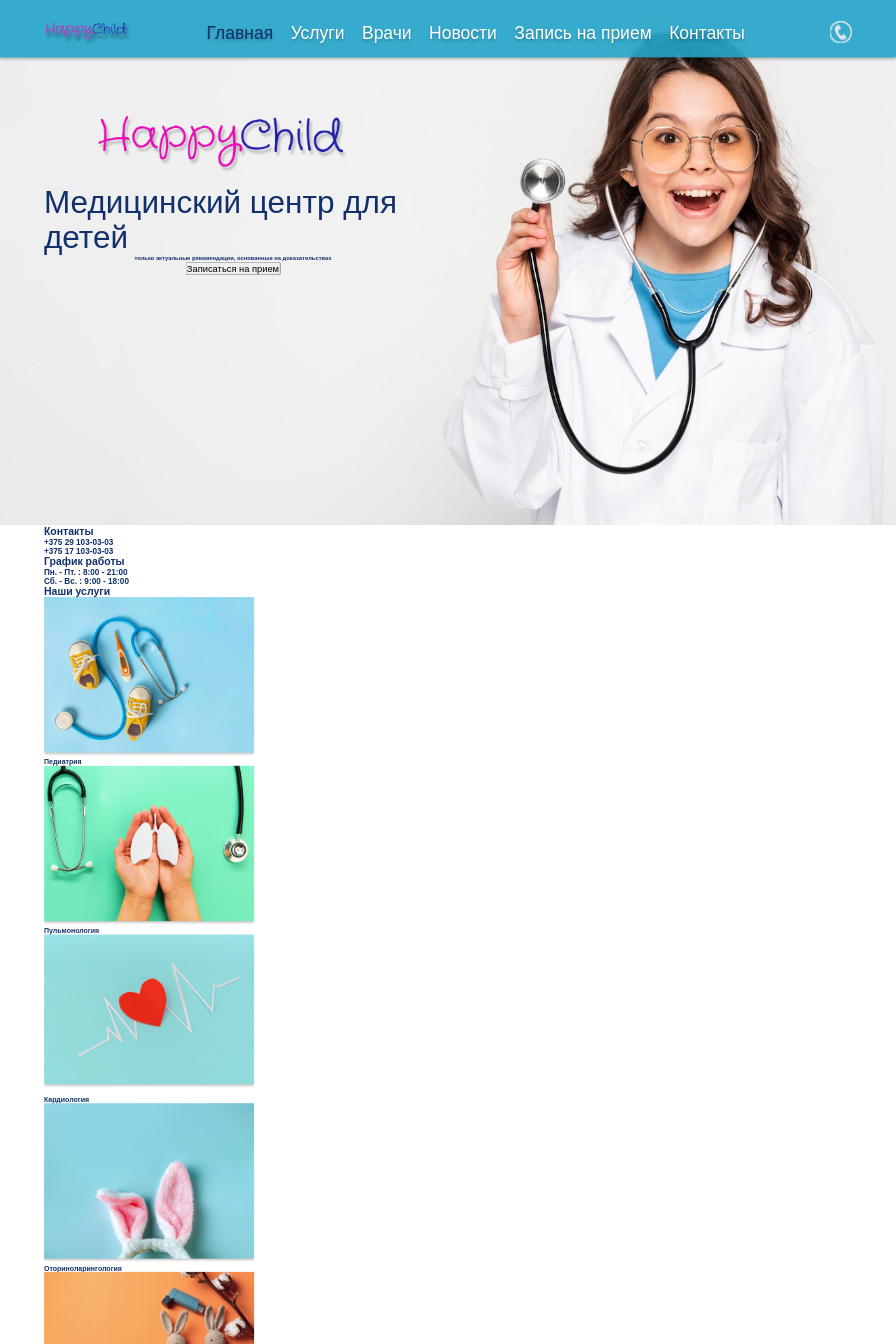
Repository: Normandy72/Landing-Page-Happy-Child
Page: index.html
An editor plug-in stored every save of this project. The page is shown before and after the next save, followed by the edit.
The browser window is 1280 px wide. The pictures show the part of the page from y = 0 to 1920 px (the page is 7728 px tall before and 8201 px after), at 70% of full size.
Some web fonts or font styles are not loaded; a fallback is used.

Above is the page before, as saved 2022-11-11 23:07:41.
Not found: styles/doctors_card.css
Not found: styles/news_card.css
Not found: styles/services_card.css

### index.html
<!DOCTYPE html>
<html lang="en">
<head>
    <meta charset="UTF-8">
    <meta http-equiv="X-UA-Compatible" content="IE=edge">
    <meta name="viewport" content="width=device-width, initial-scale=1.0">
    <link href="https://fonts.googleapis.com/css2?family=Neucha&display=swap" rel="stylesheet">
    <link rel="icon" href="resources/icon/stethoscope.ico" sizes="16x16">
    <link rel="icon" href="resources/icon/stethoscope.ico" sizes="32x32">
    <link rel="icon" href="resources/icon/stethoscope.ico" sizes="64x64">
    <link rel="stylesheet" href="styles/main.css">
    <title>Happy Child</title>
</head>

<body>
    <header>
        <div class="wrapper layout-3-columns">
            <a href="#">
                <div class="header__logo"></div>
            </a>
            <nav class="header__navigation">
                <a class = "navigation__link selected_link" href="#">Главная</a>
                <a class = "navigation__link" href="#">Услуги</a>
                <a class = "navigation__link" href="#">Врачи</a>
                <a class = "navigation__link" href="#">Новости</a>
                <a class = "navigation__link" href="#">Запись на прием</a>
                <a class = "navigation__link" href="#">Контакты</a>
            </nav>
            <a href="tel: +375291030303">
                <div class="header__phone"></div>
            </a>
        </div>
    </header>

    <main>
        <section class="section__main">
            <div class="wrapper">
                <div class="main__text">
                    <div class="main__logo"></div>
                    <h1>Медицинский центр для детей</h1>
                    <h5>только актуальные рекомендации, основанные на доказательствах</h5>
                    <button class="button button_accented">Записаться на прием</button>
                </div>
            </div>
        </section>

        <section class="section__information wrapper">
            <div class="information__block block__phone">
                <div class="block__icon"></div>
                <h2 class="heading_light">Контакты</h2>
                <h3>+375 29 103-03-03</h3>
                <h3>+375 17 103-03-03</h3>
            </div>
            <div class="information__block block__shedule">
                <div class="block__icon"></div>
                <h2 class="heading_light">График работы</h2>
                <h3>Пн. - Пт. :    8:00 - 21:00</h3>
                <h3>Сб. - Вс. :    9:00 - 18:00</h3>
            </div>
        </section>

        <section>
            <div class="section__lines">
                <div></div>
                <div></div>
                <div></div>
                <div></div>
            </div>
            <div class="wrapper section__services">
                <h2 class="heading_dark">Наши услуги</h2>
                <div class="services__card">
                    <img src="resources/img/services/pediatria.png" alt="pediatria">
                    <h4>Педиатрия</h4>
                </div>

                <div class="services__card">
                    <img src="resources/img/services/pulmo.png" alt="pulmo">
                    <h4>Пульмонология</h4>
                </div>

                <div class="services__card">
                    <img src="resources/img/services/cardio.png" alt="cardio">
                    <h4>Кардиология</h4>
                </div>

                <div class="services__card">
                    <img src="resources/img/services/lor.png" alt="lor">
                    <h4>Оториноларингология</h4>
                </div>

                <div class="services__card">
                    <img src="resources/img/services/allergo.png" alt="allergo">
                    <h4>Аллергология</h4>
                </div>

                <div class="services__card">
                    <img src="resources/img/services/surgery.png" alt="surgery">
                    <h4>Хирургия</h4>
                </div>

                <div class="services__card">
                    <img src="resources/img/services/neuro.png" alt="neuro">
                    <h4>Неврология</h4>
                </div>

                <div class="services__card">
                    <img src="resources/img/services/endocryn.png" alt="endocryn">
                    <h4>Эндокринология</h4>
                </div>

                <div class="services__card">
                    <img src="resources/img/services/ophtalm.png" alt="ophtalm">
                    <h4>Офтальмология</h4>
                </div>

                <div class="services__card">
                    <img src="resources/img/services/vaccination.png" alt="vaccination">
                    <h4>Вакцинация</h4>
                </div>

                <div class="services__card">
                    <img src="resources/img/services/usd.png" alt="usd">
                    <h4>УЗ-диагностика</h4>
                </div>

                <div class="services__card">
                    <img src="resources/img/services/stayhome.png" alt="stayhome">
                    <h4>Вызов врача на дом</h4>
                </div>
            </div>
        </section>

        <section class="section__addition">
            <div class="wrapper addition__info">
                <div class="addition__text">
                    <h2 class="heading_light">Записаться на прием онлайн</h2>
                    <h5>Записаться на приём можно в любое время суток и без выходных</h5>
                </div>
                <button class="button button_standart">Записаться онлайн</button>
            </div>
        </section>

        <section class="wrapper section__chief">
            <div class="chief__foto"></div>
            <div class="chief__text">
                <div class="text__lines">
                    <div class="lines__line"></div>
                    <p>“</p>
                    <div class="lines__line"></div>
                </div>
                <h5>Счастливый ребенок – это, прежде всего, ребенок здоровый, и только потом уже читающий
                и играющий на скрипке.</h5>
                <div class="text__lines">
                    <div class="lines__line"></div>
                    <p>”</p>
                    <div class="lines__line"></div>
                </div>
                <h5>Главный врач клиники</h5>
                <div class="chief__logo"></div>
                <h5>Самуилова Инна Абрамовна</h5>
            </div>
        </section>

        <section class="wrapper section__doctors">
            <h2 class="heading_dark">Познакомьтесь с нашими специалистами</h2>
            <p>Мы гордимся тем, что являемся медицинским центром, где Ваши дети на первом месте!
                В кратчайшие сроки мы предоставляем медицинскую помощь высочайшего качества и индивидуальное лечение ведущими специалистами страны. </p>
            <div class="doctors__arrays">
                <div></div>
                <div></div>
            </div>
            <div class="doctors__cards">
                <div class="doctors__card">
                    <img src="resources/img/doctors/ivanov1.png" alt="ivanov1">
                    <h5>Иванов Илья Денисович</h5>
                    <h6>Врач-оториноларинголог</h6>
                </div>

                <div class="doctors__card">
                    <img src="resources/img/doctors/stanina1.png" alt="stanina1">
                    <h5>Станина Александра Ивановна</h5>
                    <h6>Врач-офтальмолог</h6>
                </div>

                <div class="doctors__card">
                    <img src="resources/img/doctors/tkachenko1.png" alt="tkachenko1">
                    <h5>Ткаченко Антонина Львовна</h5>
                    <h6>Врач-невролог</h6>
                </div>

                <div class="doctors__card">
                    <img src="resources/img/doctors/savenko1.png" alt="savenko1">
                    <h5>Савенко Алина Викторовна</h5>
                    <h6>Врач-педиатр</h6>
                </div>

                <div class="doctors__card">
                    <img src="resources/img/doctors/krotov1.png" alt="krotov1">
                    <h5>Кротов Алексей Геннадьевич</h5>
                    <h6>Врач-хирург</h6>
                </div>

                <div class="doctors__card">
                    <img src="resources/img/doctors/karpovich1.png" alt="karpovich1">
                    <h5>Карпович Анна Игоревна</h5>
                    <h6>Врач-кардиолог</h6>
                </div>

                <div class="doctors__card">
                    <img src="resources/img/doctors/akulich1.png" alt="akulich1">
                    <h5>Акулич Олег Васильевич</h5>
                    <h6>Врач-эндокринолог</h6>
                </div>

                <div class="doctors__card">
                    <img src="resources/img/doctors/astapenko1.png" alt="astapenko1">
                    <h5>Астапенко Ирина Эдуардовна</h5>
                    <h6>Врач УЗ-диагностики</h6>
                </div>
            </div>
        </section>

        <section>
            <div class="section__lines">
                <div></div>
                <div></div>
                <div></div>
            </div>
            <div class="wrapper section__news">
                <h2 class="heading_dark">Новости</h2>
                <div class="news_card">
                    <img src="resources/img/news/news1.png" alt="news1">
                    <h4>25. 07. 2022   15 : 00</h4>
                    <h3>Всемирный день здоровья полости рта</h3>
                    <h5>Взрослея, организм ребенка испытывает множество изменений. В честь Всемирного дня здоровья полости рта наши стоматологи расскажут родителям и детям, как заботиться о зубах и деснах в разных возрастных периодах, какие средства использовать, чтобы смена молочных зубов прошла легко и безболезненно, и еще много-много полезного!</h5>
                    <a href="#">Подробнее...</a>
                </div>

                <div class="news_card">
                    <img src="resources/img/news/news2.png" alt="news1">
                    <h4>27. 07. 2022   13 : 30</h4>
                    <h3>Европейская неделя иммунизации</h3>
                    <h5>Знаете ли Вы, что иммунизация является единственным и надежным способом борьбы с эпидемиологическими заболеваниями, такими как корь, полиомиелит, эпидемический паротит и др.? В рамках Европейской недели иммунизации врач-педиатр Савенко Алина Викторовна познакомит Вас с текущим календарем профилактических прививок и ответит на все волнующие Вас вопросы! </h5>
                    <a href="#">Подробнее...</a>
                </div>

                <div class="news_card">
                    <img src="resources/img/news/news3.png" alt="news1">
                    <h4>28. 07. 2022    16 : 00</h4>
                    <h3>Международный день офтальмологии</h3>
                    <h5>Ухудшение зрения может лишить человека возможности заниматься любимым делом. Хорошо, что современная офтальмология обладает широкими возможностями для лечения многих заболеваний глаз.  Приходите к нам в Международный день офтальмологии и узнайте, что рекомендуют специалисты для профилактии заболеваний глаз.</h5>
                    <a href="#">Подробнее...</a>
                </div>
            </div>
        </section>

        <section class="section__addition">
            <div class="wrapper addition__info">
                <div class="addition__text">
                    <h2 class="heading_light">Подписаться на рассылку</h2>
                    <h5>Будьте в курсе новостей !</h5>
                </div>
                <form class="addition__form">
                    <input class = "addition__input" type="text" value="Email">
                    <button class="button button_standart">Подписаться</button>
                </form>
            </div>
        </section>

        <section class="wrapper section__callback">
            <div class="callback__form">
                <h2 class="heading_dark">Остались вопросы?</h2>
                <h5>Оставьте заявку, мы Вам перезвоним!</h5>
                <form action="">
                    <input class="callback__input" type="text" value="Ваше имя">
			        <input class="callback__input" type="tel" placeholder="Номер телефона" pattern="+375(29,17,33,44)[0-9]{3}-[0-9]{2}-[0-9]{2}" required>
			        <select class="callback__input" name="menu" size="1">
				        <option>Желаемая услуга</option>
				        <option value="ped">Педиатрия</option>
				        <option value="pulmo">Пульмонология</option>
				        <option value="cardio">Кардиология</option>
				        <option value="lor">Оториноларингология</option>
				        <option value="allergo">Аллергология</option>
				        <option value="surg">Хирургия</option>
				        <option value="neuro">Неврология</option>
				        <option value="endocryn">Эндокринология</option>
				        <option value="ophtalm">Офтальмология</option>
				        <option value="vaccin">Вакцинация</option>
				        <option value="usd">УЗ-диагностика</option>
				        <option value="stayhome">Вызов врача на дом</option>
			        </select>
			        <input class="callback__input" type="date" value="2022-01-01" min="2022-01-01" max="2022-12-31">
                    <label class="callback__checkbox">
                        <input type="checkbox">
                        Я даю согласие на хранение и обработку персональных данных
                    </label>
			        <button class="button button_standart">Оставить заявку</button>
                </form>
            </div>
            <div class="callback__photo"></div>
        </section>

        <section class="wrapper section__contacts">
            <h2 class="heading_dark">Ждем Вас в нашем центре !</h2>
            <div class="contacts__info">
                <h3>Контакты</h3>
                <h5>Мы находимся по адресу:</h5>
                <h4>г. Минск, ул. Матусевича, 70</h4>
                <h5>Связаться:</h5>
                <a href="tel: +375291030303">+375 29 103-03-03</a>
                <a href="tel: +375171030303">+375 17 103-03-03</a>
                <h5>Мы в соц. сетях:</h5>
                <div class="contacts__social">
                    <a href="#"></a>
                </div>
                <div class="contacts__social">
                    <a href="#"></a>
                </div>
                <div class="contacts__social">
                    <a href="#"></a>
                </div>
            </div>
            <div class="contacts__map">
                <iframe src="https://www.google.com/maps/embed?pb=!1m18!1m12!1m3!1d2349.7572817965843!2d27.4501670158107!3d53.91828888010291!2m3!1f0!2f0!3f0!3m2!1i1024!2i768!4f13.1!3m3!1m2!1s0x46dbc52f35b245d3%3A0x98f1d72de22c93c4!2z0YPQu9C40YbQsCDQnNCw0YLRg9GB0LXQstC40YfQsCA3MCwg0JzQuNC90YHQug!5e0!3m2!1sru!2sby!4v1659879735812!5m2!1sru!2sby" width="50%" height="562px" style="border:0;" allowfullscreen="" loading="lazy" referrerpolicy="no-referrer-when-downgrade"></iframe>
            </div>
        </section>
    </main>

    <footer>
        <div class="wrapper">
            <h5>ООО “HappyChild” © 2022</h5>
            <a href="#">Политика конфиденциальности</a>
        </div>
    </footer>
</body>
</html>

### styles/main.css
@import url(buttons.css);
@import url(common.css);
@import url(doctors_card.css);
@import url(footer.css);
@import url(form.css);
@import url(header.css);
@import url(headings.css);
@import url(layouts.css);
@import url(links.css);
@import url(news_card.css);
@import url(section_main.css);
@import url(services_card.css);
@import url(variables.css);

### styles/common.css
*{
    margin: 0;
    padding: 0;
    box-sizing: border-box;
}

html{
    scroll-behavior: smooth;
}

body{
    font-family: var(--main-font);
    font-size: 10px;
    color: var(--text-dark-color);
}

.wrapper{
    max-width: 1180px;
    min-width: 480px;
    padding: 0 1%;
    margin: auto;
}

### styles/header.css
header{
    width: 100%;
    background-color: var(--header-color);
    box-shadow: 0px 4px 4px rgba(0, 0, 0, 0.25);
    position: fixed;
    top: 0;
}

header .wrapper{
    padding-top: 30px;
    padding-bottom: 20px;
}

.header__logo{
    background-image: url(../resources/icon/HappyChild_small.svg);
    background-repeat: no-repeat;
    width: 136px;
    height: 31px;
}

.header__navigation{
    display: flex;
    align-items: center;
    justify-content: space-between;
}

.navigation__link{
    padding-right: 25px;
}

.header__phone{
    background-image: url(../resources/icon/phone.svg);
    background-repeat: no-repeat;
    width: 32px;
    height: 32px;
}

### styles/headings.css
h1{
    font-size: var(--h1-font-size);
    font-style: normal;
    font-weight: 400;
    line-height: 50px;
}

h2{

}

h3{

}

h4{

}

h5{

}

h6{

}

### styles/layouts.css
.layout-3-columns{
    display: flex;
    align-items: center;
    justify-content: space-between;
    flex-wrap: wrap;
    flex-basis: 33%;
}

### styles/links.css
a{
    text-decoration: none;
    color: var(--links-color);
    text-shadow: var(--links-shadow);
    font-size: var(--links-font-size);
}

a:hover{
    cursor: pointer;
    color: var(--links-hover-color);
    transition: var(--transition);
}

.selected_link{
    color: var(--selected-link-color);
}

### styles/section_main.css
.section__main{
    width: 100%;
    height: 750px;
    background-image: url(../resources/img/girl.jpg);
    background-size: cover;
    background-repeat: no-repeat;
}

.main__text{
    padding-top: 165px;
    width: 540px;
    display: flex;
    flex-direction: column;
    align-items: center;
}

.main__logo{
    background-image: url(../resources/icon/HappyChild_big.png);
    background-repeat: no-repeat;
    width: 388px;
    height: 99px;
}

### styles/variables.css
:root{
    /* fonts */
    --main-font: 'Neucha', Arial, cursive;

    /* font sizes */
    --links-font-size: 25px;
    --h1-font-size: 45px;
    --h5-font-size: 20px;

    /* colors */
    --header-color: rgba(35, 164, 201, 0.9);
    --links-color:  #FFFFFF;
    --links-shadow: 0px 4px 4px rgba(0, 0, 0, 0.25);
    --links-hover-color: #12306A;
    --selected-link-color: #12306A;
    --text-dark-color:#12306A;
    --text-ligth-color:#FFFFFF;

    /* transition */
    --transition: all .3s ease-out;
}

Loaded but not shown: styles/buttons.css (no copy from this time; the picture is the same without it); styles/footer.css (no copy from this time; the picture is the same without it); styles/form.css (no copy from this time; the picture is the same without it)

After the next save:
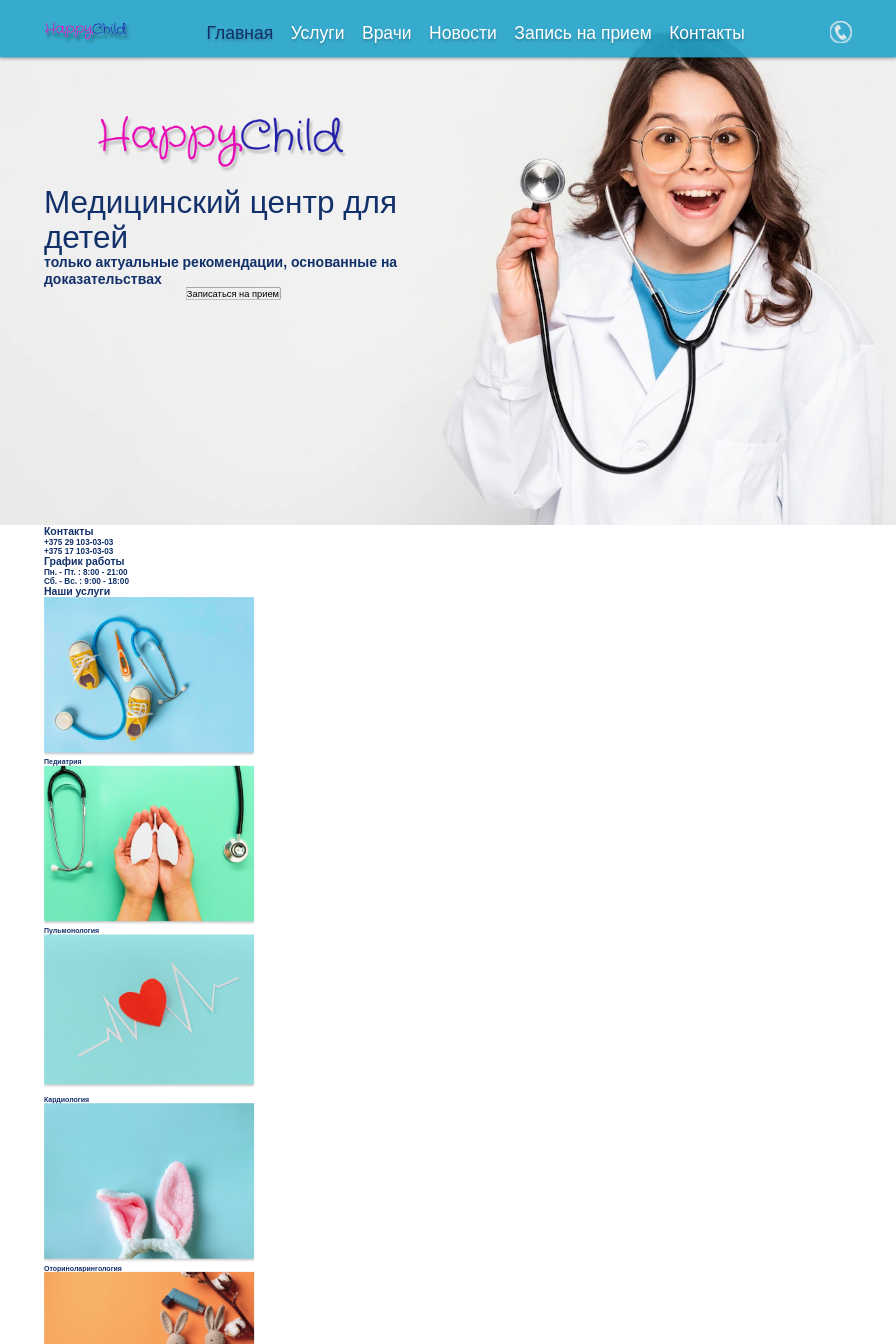
Saved 21 s later.
--- a/styles/headings.css
+++ b/styles/headings.css
@@ -18,7 +18,7 @@ h4{
 }
 
 h5{
-
+    font-size: var(--h5-font-size);
 }
 
 h6{
